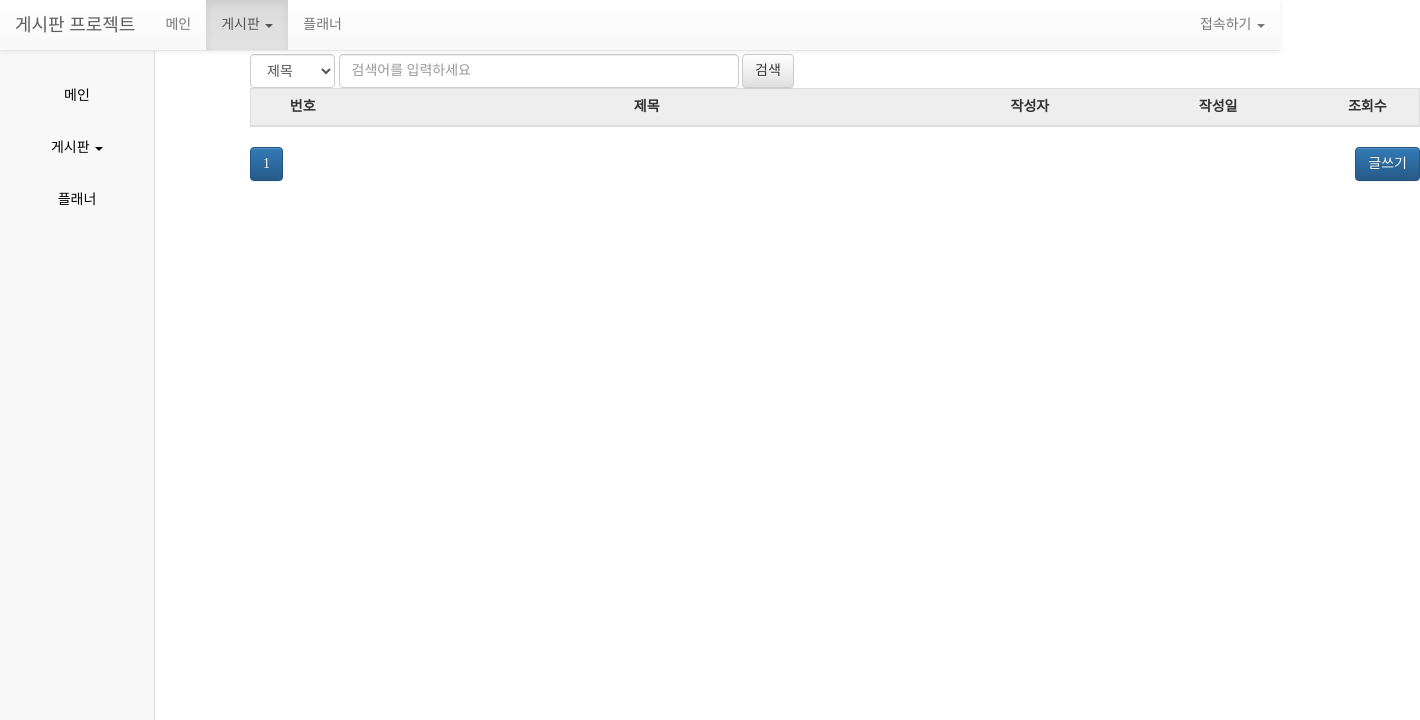
Repository: Seok7975/Project_PlannerSharingBoard
Page: http://localhost/ToDoList공유_게시판_ver3/bbs.jsp
These files come from the project's save history. The page is drawn as it stood at one moment and after the next save; the edit follows.
The browser window is 1280 px wide. The page is 1420 px wide, so the pictures cover 1420 px, including what lies to the right of the window. The pictures show the whole page.
Some web fonts or font styles are not loaded; a fallback is used. The page is served by Tomcat 9. Queries for data that is not in the repository find no rows.

Above is the page before, as saved 2024-07-05 03:18:05.
Console error (its wording comes from the project's code and is left out).

After the next save:
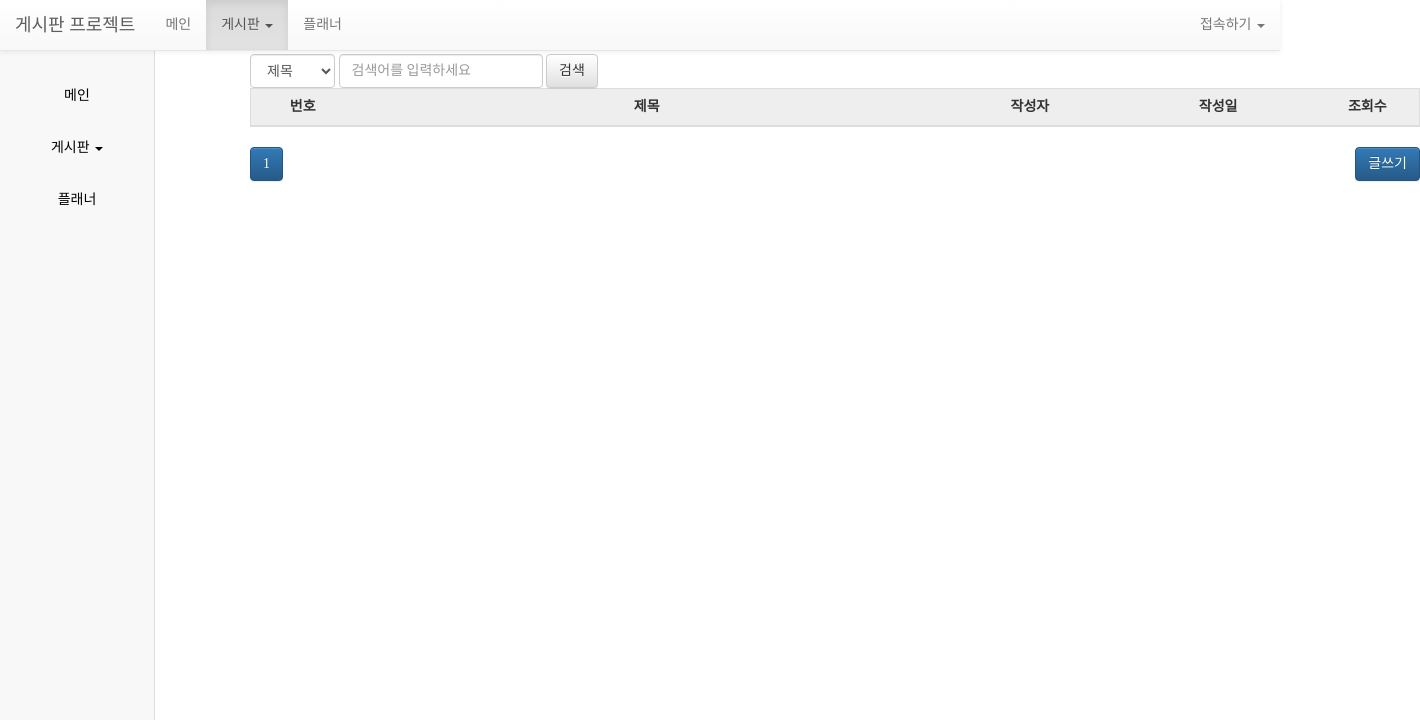
Saved 3 min 9 s later.
--- a/List_Projects_ver3/ToDoList공유 게시판_ver3/src/main/webapp/bbs.jsp
+++ b/List_Projects_ver3/ToDoList공유 게시판_ver3/src/main/webapp/bbs.jsp
@@ -310,7 +310,7 @@
                         </select>
                     </div>
                     <div class="form-group">
-                        <input type="text" class="form-control" name="searchKeyword" placeholder="검색어를 입력하세요" value="<%= (searchKeyword != null && !searchKeyword.equals("")) ? searchKeyword : "" %>" style="width: 400px;">
+                        <input type="text" class="form-control" name="searchKeyword" placeholder="검색어를 입력하세요" value="<%= (searchKeyword != null && !searchKeyword.equals("")) ? searchKeyword : "" %>" >
                     </div>
                     <input type="hidden" name="bbsCategory" value="<%= bbsCategory %>">
                     <button type="submit" class="btn btn-default">검색</button>

After the save that followed:
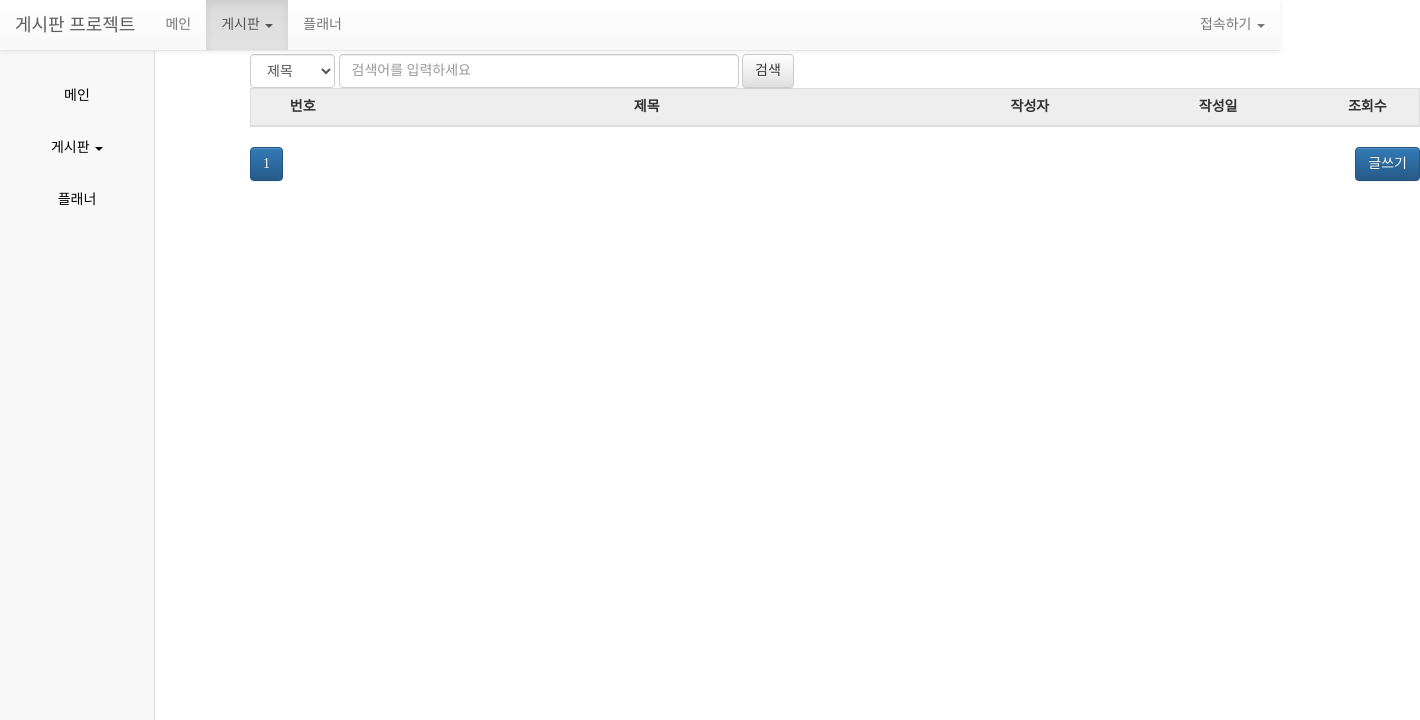
Saved 39 s later.
--- a/List_Projects_ver3/ToDoList공유 게시판_ver3/src/main/webapp/bbs.jsp
+++ b/List_Projects_ver3/ToDoList공유 게시판_ver3/src/main/webapp/bbs.jsp
@@ -310,9 +310,9 @@
                         </select>
                     </div>
                     <div class="form-group">
-                        <input type="text" class="form-control" name="searchKeyword" placeholder="검색어를 입력하세요" value="<%= (searchKeyword != null && !searchKeyword.equals("")) ? searchKeyword : "" %>" >
+                        <input type="text" class="form-control" name="searchKeyword" placeholder="검색어를 입력하세요" value="<%= (searchKeyword != null && !searchKeyword.equals("")) ? searchKeyword : "" %>" style="width: 400px;">
                     </div>
-                    <input type="hidden" name="bbsCategory" value="<%= bbsCategory %>">
+                    <%-- <input type="hidden" name="bbsCategory" value="<%= bbsCategory %>"> --%>
                     <button type="submit" class="btn btn-default">검색</button>
                 </form>
                 <table class="table table-striped" style="text-align: center; border: 1px solid #dddddd">
